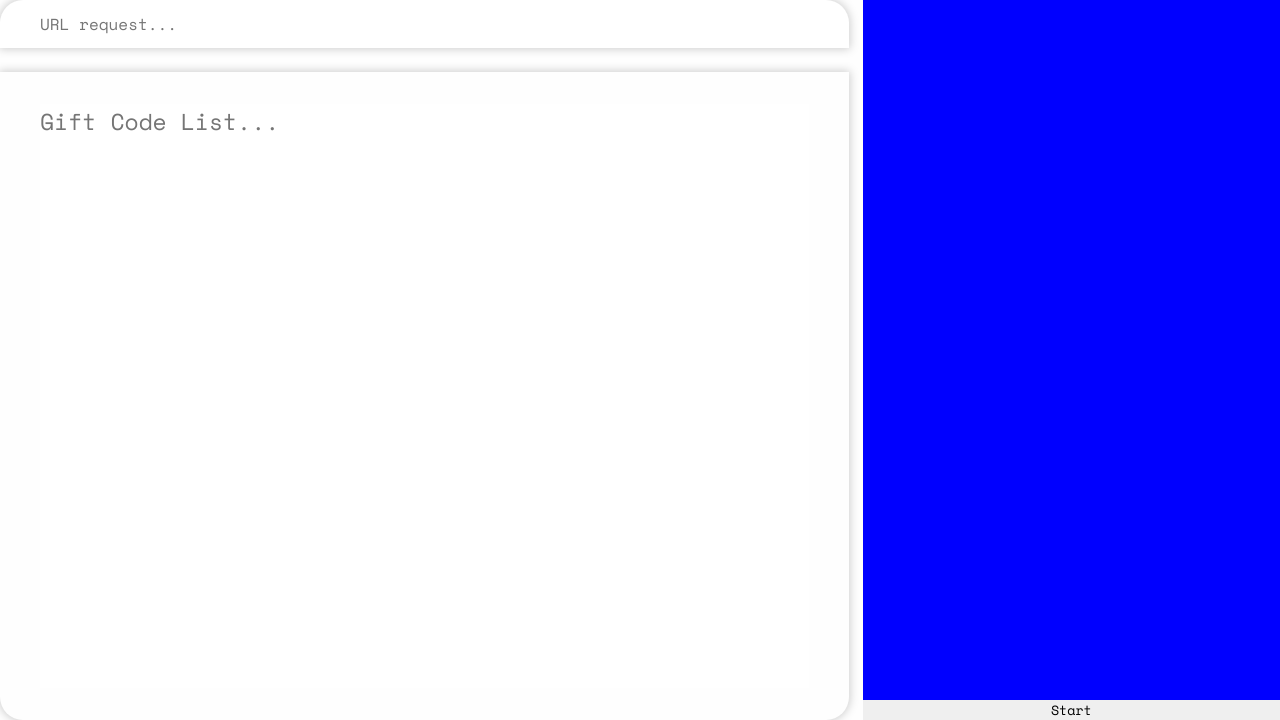
Repository: 777hanh777hanh/test
Page: index.html
The author's editor kept a copy of each file at every save. The page is drawn from the files as they stood at one save, then again after the next save.
The browser window is 1280 px wide. The pictures show the whole page.

Above is the page before, as saved 2023-06-30 17:26:13.

After the next save:
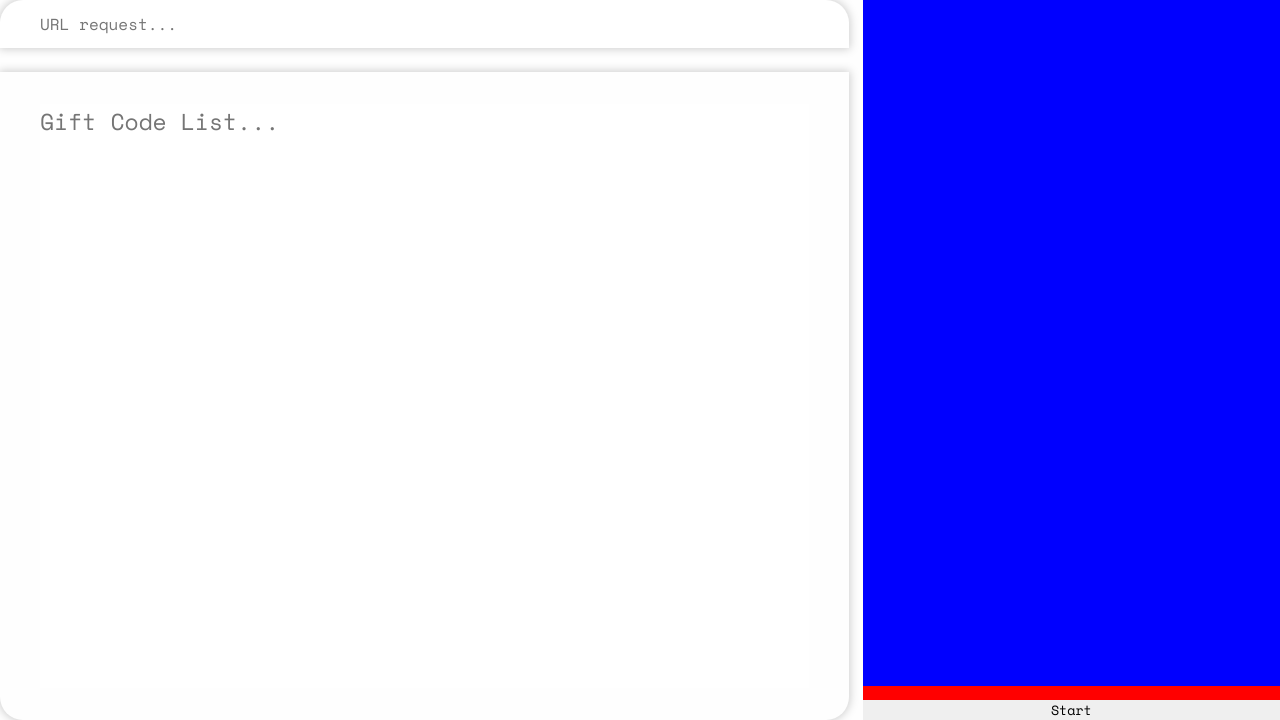
Saved 11 s later.
--- a/assets/css/style.css
+++ b/assets/css/style.css
@@ -85,6 +85,7 @@ html *::-webkit-scrollbar-track {
     display: flex;
     flex-direction: column;
     background: red;
+    row-gap: 14px;
 }
 
 .result {
